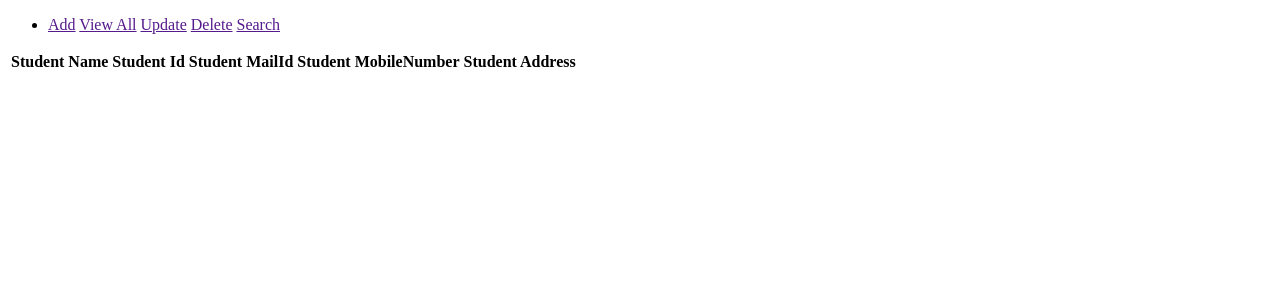
Repository: venkatesakki/JavaDeveloper
Page: http://localhost/crud_operation_practice/showdetails.jsp
The author's editor kept a copy of each file at every save. The page is drawn from the files as they stood at one save, then again after the next save.
The browser window is 1280 px wide. The pictures show the whole page.
The page is served by Tomcat 9.

Above is the page before, as saved 2022-06-24 08:53:58.

After the next save:
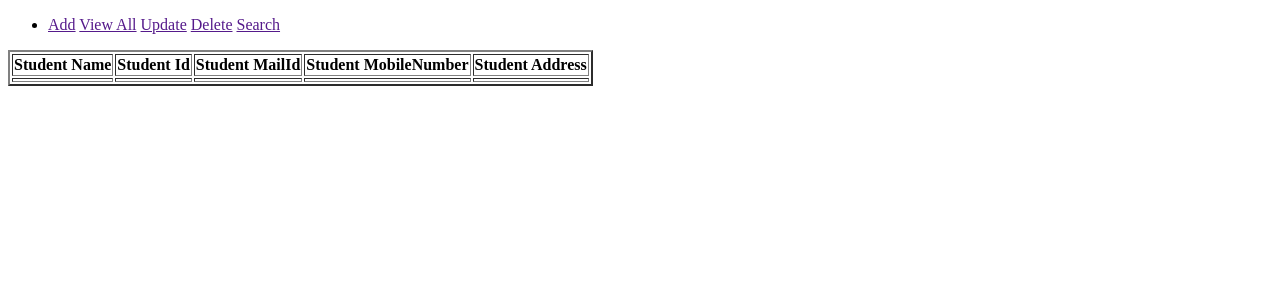
Saved 85 s later.
--- a/crud_operation_practice/src/main/webapp/showdetails.jsp
+++ b/crud_operation_practice/src/main/webapp/showdetails.jsp
@@ -11,7 +11,7 @@
 <body>
 <%@ include file ="header.html"%>
 
-<table>
+<table border="2">
 	<tr>
 		<th>Student Name</th>
 		<th>Student Id</th>
